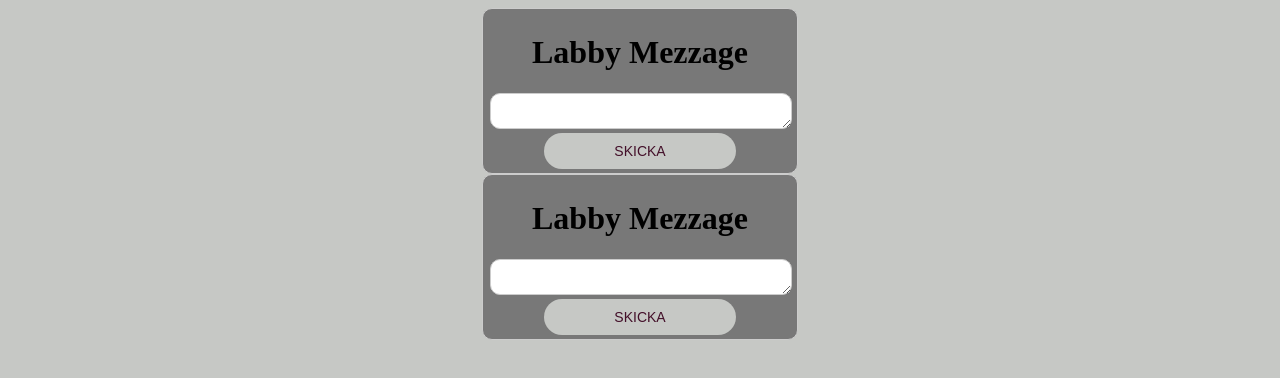
Repository: Angamanga/1dv403-laborationer
Page: 2-labbymezzage/index.html
The author's editor kept a record of every edit. The page is drawn from the files as they stood at one moment, then again after the next edit.
The browser window is 1280 px wide. The pictures show the whole page.
Some web fonts or font styles are not loaded; a fallback is used.

Above is the page before.
Console error: SyntaxError: Unexpected end of input

After the next edit:
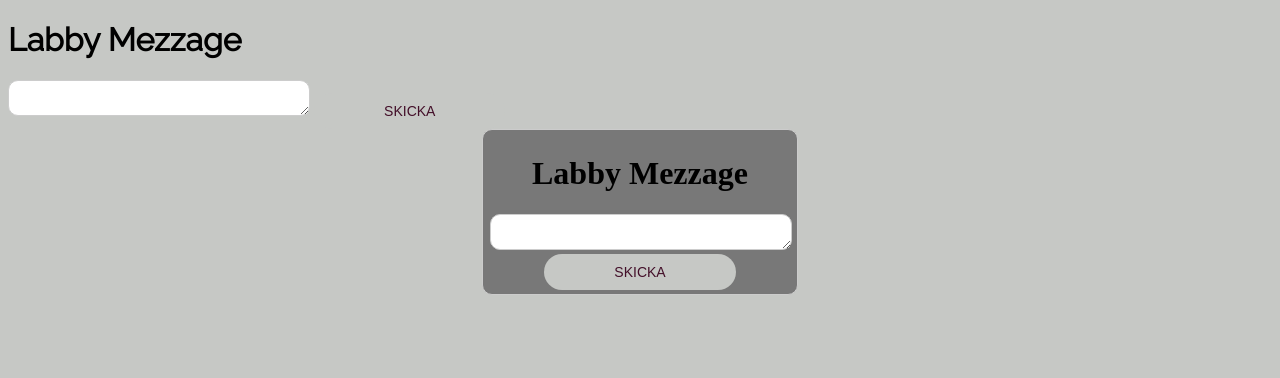
The edit:
--- a/2-labbymezzage/index.html
+++ b/2-labbymezzage/index.html
@@ -16,7 +16,7 @@
 </head>
 <body>
     <main>
-        <div class="board">
+        <div class="board1">
             <header>
                 <h1>Labby Mezzage</h1>
             </header>
